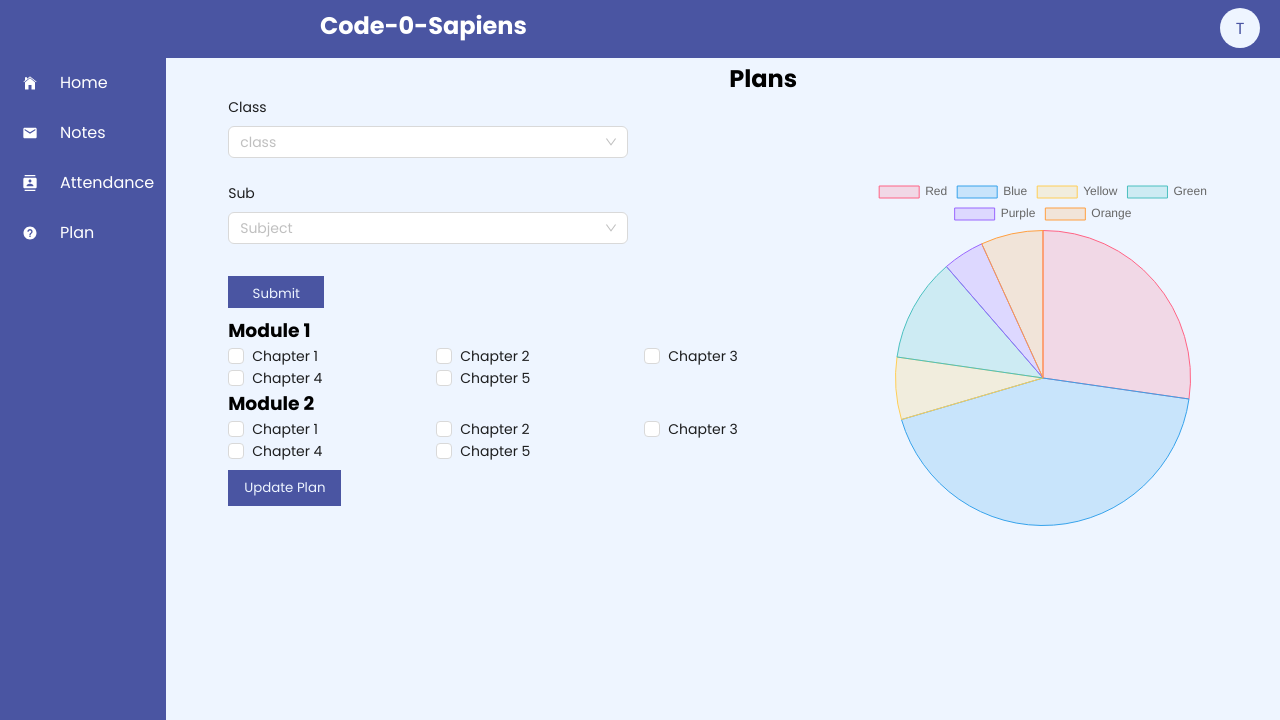
Repository: sinchana-P/code-0-sapiens
Page: /plans (app in client/), after clicking the first element matching `button`
The author's editor kept a copy of each file at every save. The page is drawn from the files as they stood at one save, then again after a run of saves.
The browser window is 1280 px wide. The pictures show the whole page.
The project was rebuilt for these pictures with package versions that can differ from the ones it lists, and the page was loaded fresh each time. Also part of the build but not shown: client/src/components/auth/login/FormLayoutLogin.jsx, client/src/components/auth/login/Login.jsx, client/src/components/auth/register/FormLayoutRegister.jsx, client/src/components/auth/register/Register.jsx, client/src/components/homeScene/Home.jsx, client/src/components/notes/Notes.jsx, client/src/components/attendance/Attendance.jsx, client/src/components/profile/Profile.jsx and 5 more.

Above is the page before, as saved 2024-03-01 07:46:44.

After the next 3 saves:
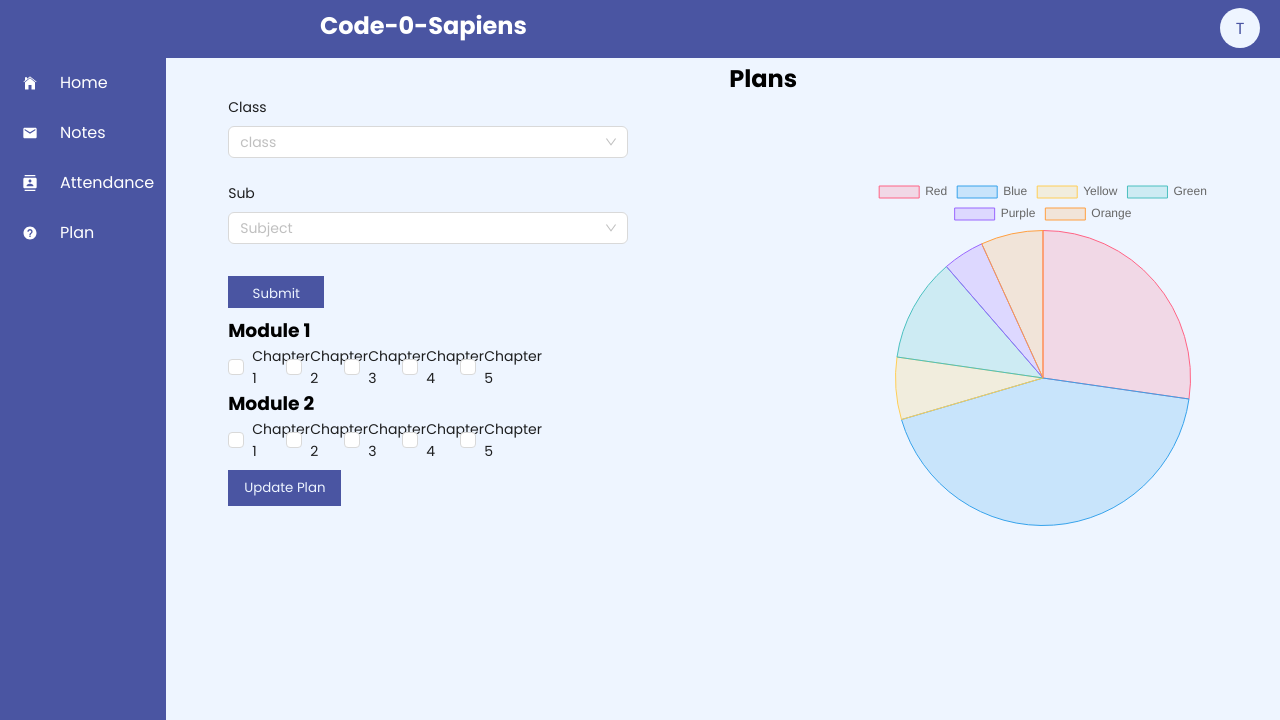
The 3 saves are shown as one change because they came seconds apart.
The last was saved 15 s later.
--- a/client/src/components/plans/Plans.jsx
+++ b/client/src/components/plans/Plans.jsx
@@ -170,7 +170,7 @@ const Plans = () => {
                           <h3>{module}</h3>
                           <CheckboxGroup>
                               {groupedChapters[module].map((chapter, i) => (
-                              <Checkbox checked key={i} value={chapter} style={{width: '200px'}} >
+                              <Checkbox checked key={i} value={chapter} style={{width: '50px'}} >
                                   {chapter}
                               </Checkbox>
                               ))}
